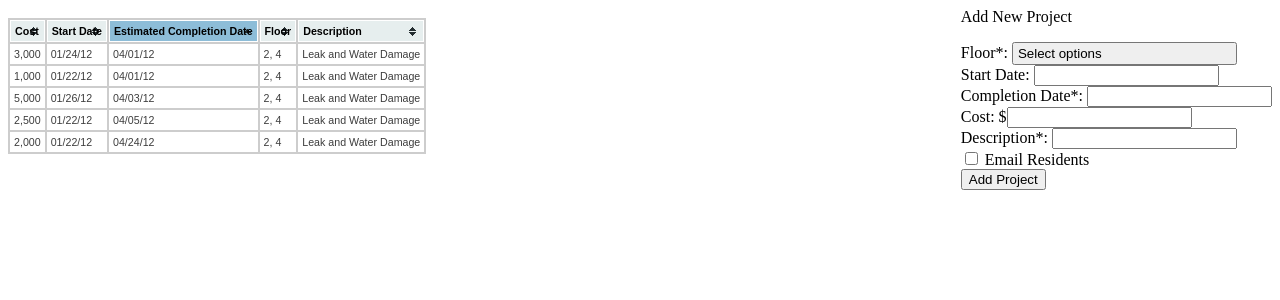
Repository: tjlin/HManager
Page: HManager/AddEditProject.html
An editor plug-in stored every save of this project. The page is shown before and after the next save, followed by the edit.
The browser window is 1280 px wide. The pictures show the whole page.

Above is the page before, as saved 2012-04-16 01:12:53.

After the next save:
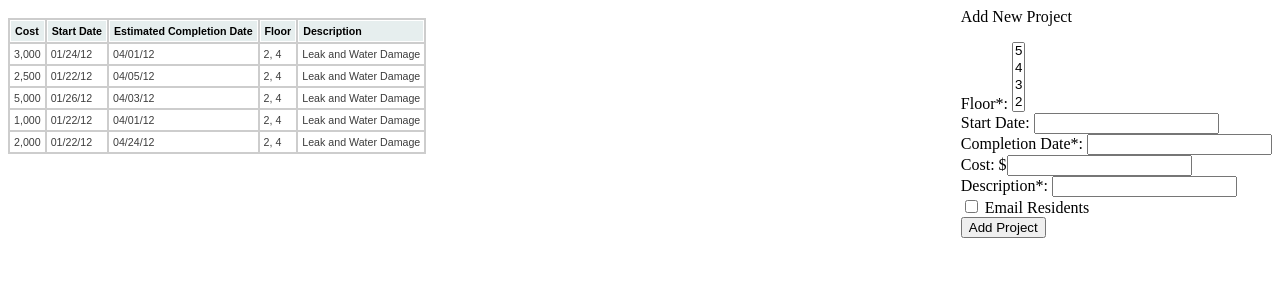
Console error: SyntaxError: Unexpected token ';'
Saved 64 s later.
--- a/HManager/AddEditProject.html
+++ b/HManager/AddEditProject.html
@@ -96,7 +96,7 @@
 				widgets : [ "resizable" ]
 			});
 			$("#floors").multiselect({
-
+				selectedList = true;
 			});
 		});
 	</script>

After the save that followed:
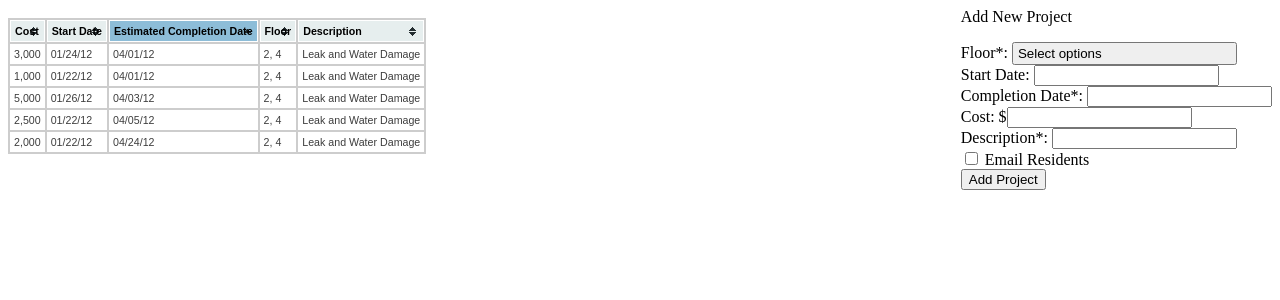
The error is gone.
Saved 9 s later.
--- a/HManager/AddEditProject.html
+++ b/HManager/AddEditProject.html
@@ -96,7 +96,7 @@
 				widgets : [ "resizable" ]
 			});
 			$("#floors").multiselect({
-				selectedList = true;
+				selectedList :true
 			});
 		});
 	</script>
